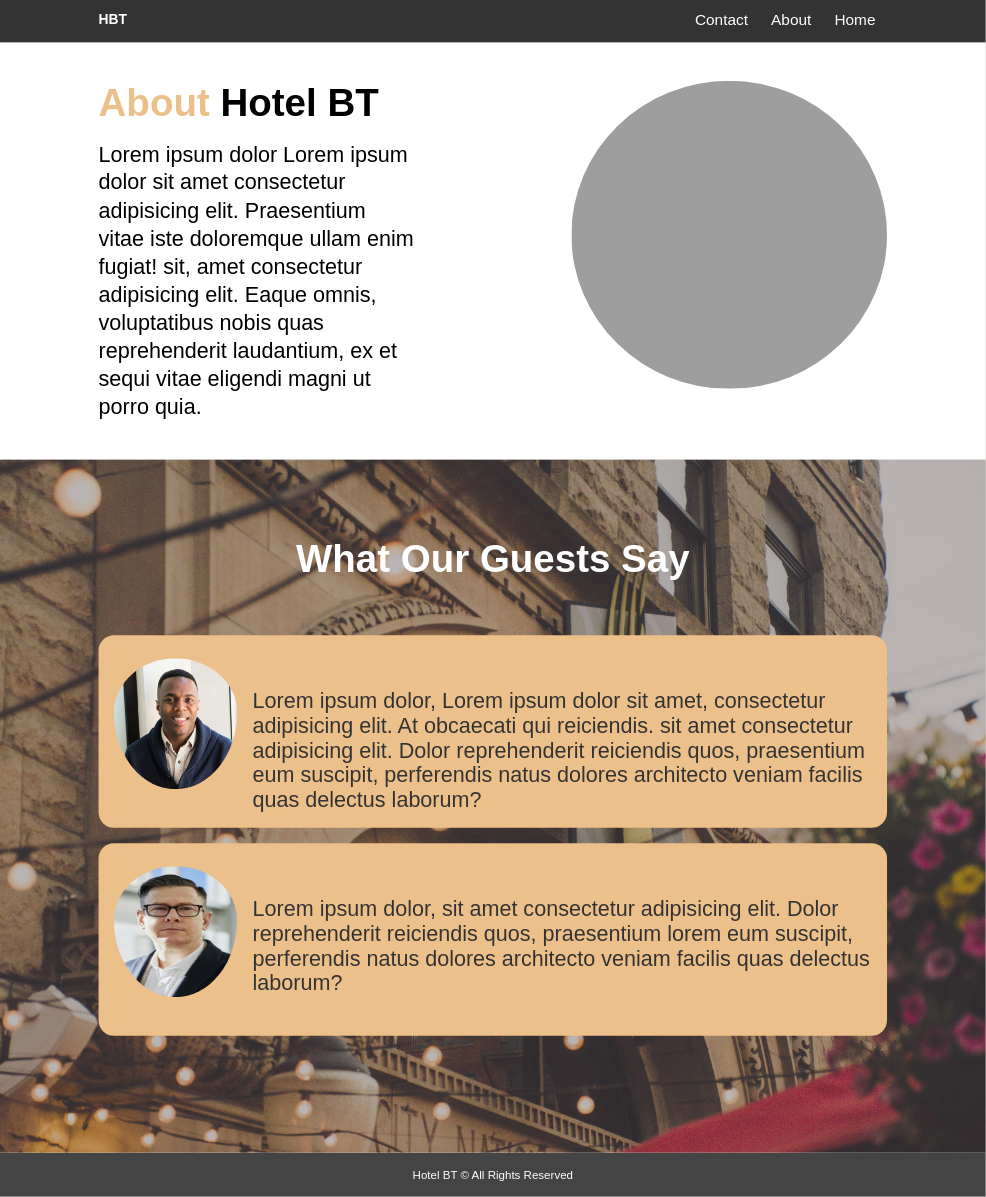
Repository: reemoon-ctrl/35---hotel-website
Page: about.html
The author's editor kept a copy of each file at every save. The page is drawn from the files as they stood at one save, then again after the next save.
The browser window is 1280 px wide. The pictures show the whole page, at 77% of full size.
Pictures or frames that could not be fetched are drawn as grey boxes.

Above is the page before, as saved 2024-07-24 21:19:48.

After the next save:
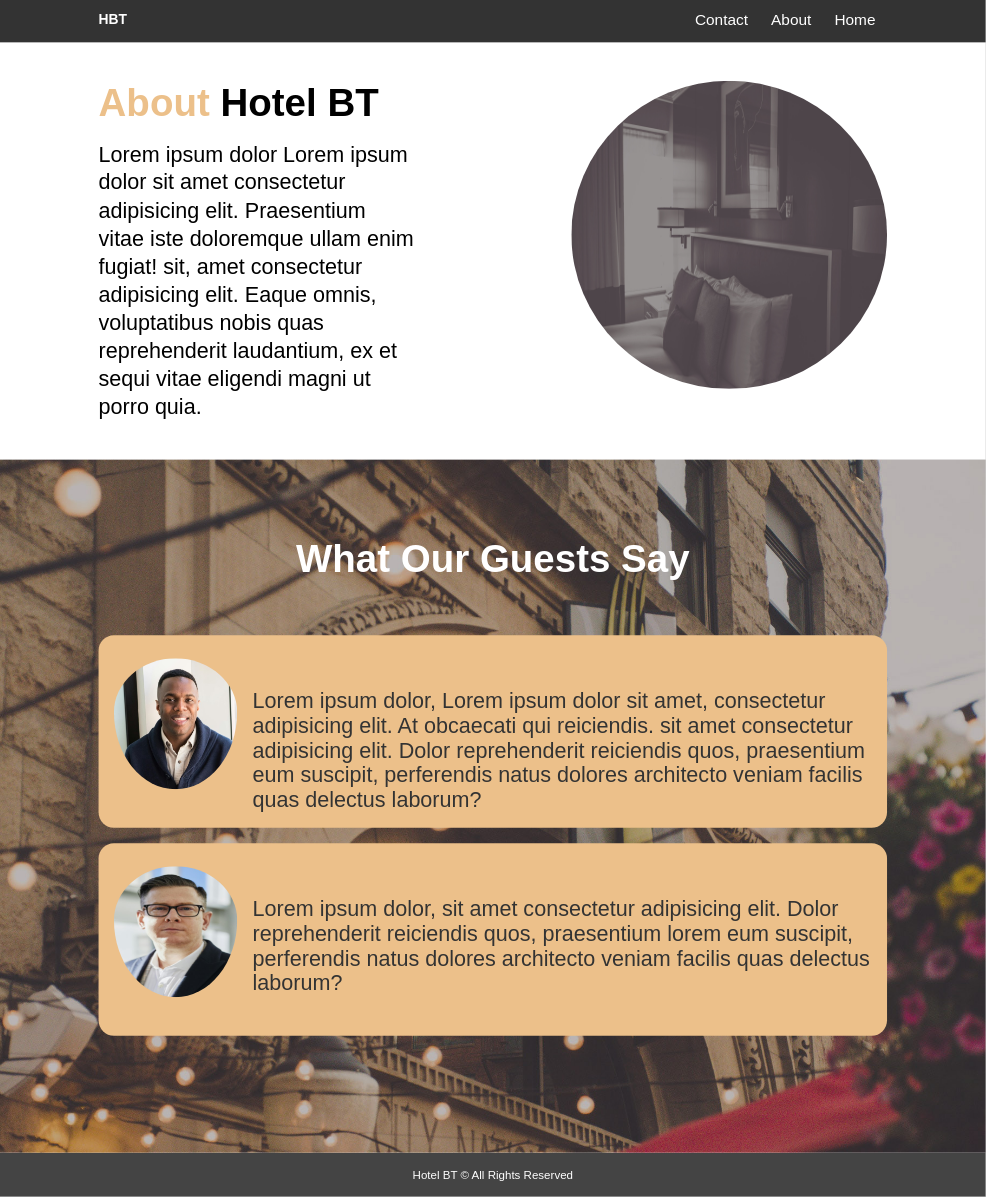
Saved 13 s later.
--- a/about.html
+++ b/about.html
@@ -29,7 +29,7 @@
             <p>Lorem ipsum dolor Lorem ipsum dolor sit amet consectetur adipisicing elit. Praesentium vitae iste doloremque ullam enim fugiat! sit, amet consectetur adipisicing elit. Eaque omnis, voluptatibus nobis quas reprehenderit laudantium, ex et sequi vitae eligendi magni ut porro quia.
             </p>
            </div>
-            <img class="hotel-img2" src="/img/" alt="Hotel-image">
+            <img class="hotel-img2" src="/img/showcase.jpg" alt="Hotel-image">
         </div>
     </main>
     <aside>
